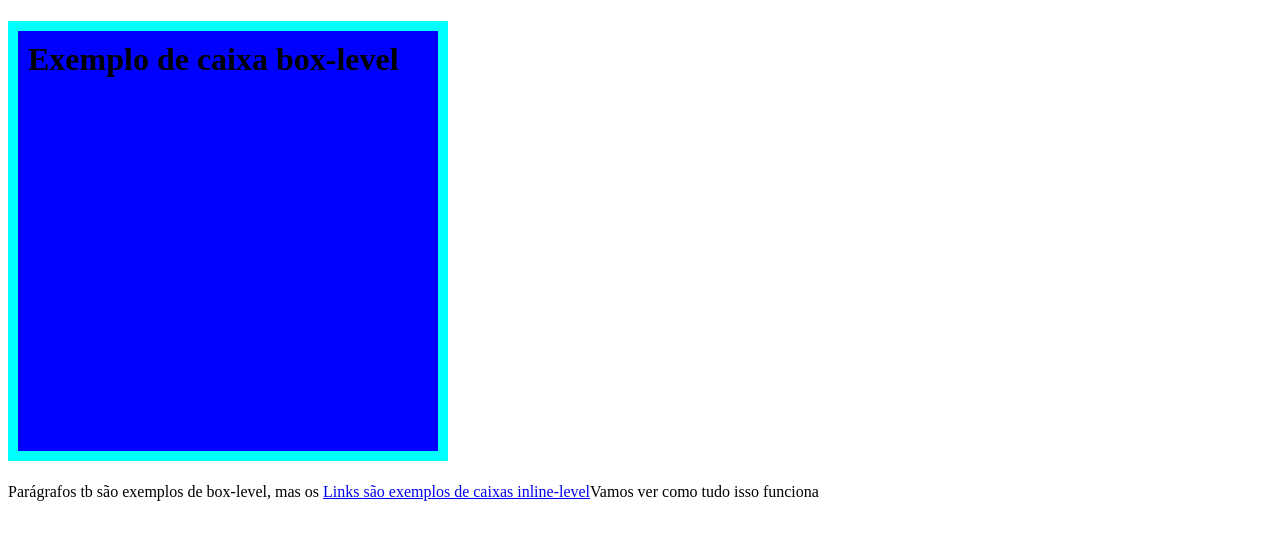
Repository: DorivalJunior14/exercicios
Page: ex.caixas.html/ex.caixas.html
The author's editor kept a copy of each file at every save. The page is drawn from the files as they stood at one save, then again after a run of saves.
The browser window is 1280 px wide. The pictures show the whole page.

Above is the page before, as saved 2021-05-12 16:36:33.

After the next 4 saves:
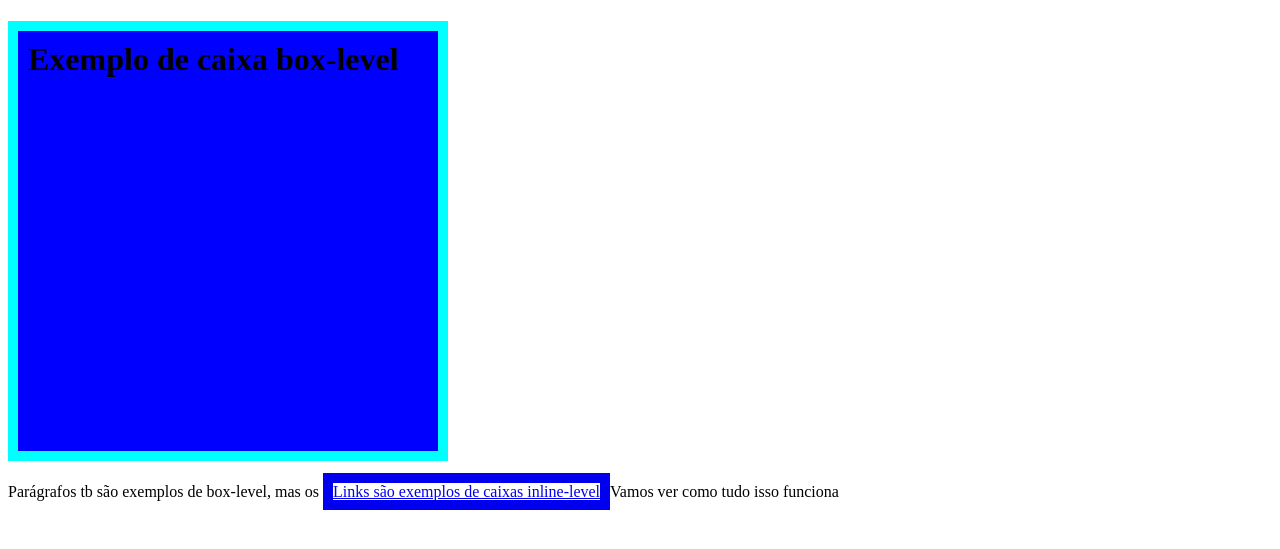
The 4 saves are shown as one change because they came seconds apart.
The last was saved 17 s later.
--- a/ex.caixas.html/ex.caixas.html
+++ b/ex.caixas.html/ex.caixas.html
@@ -21,7 +21,8 @@
         }
         a {
             border-width: 10px;
-            b
+            border-style: solid;
+
         }
     </style>
 </head>
